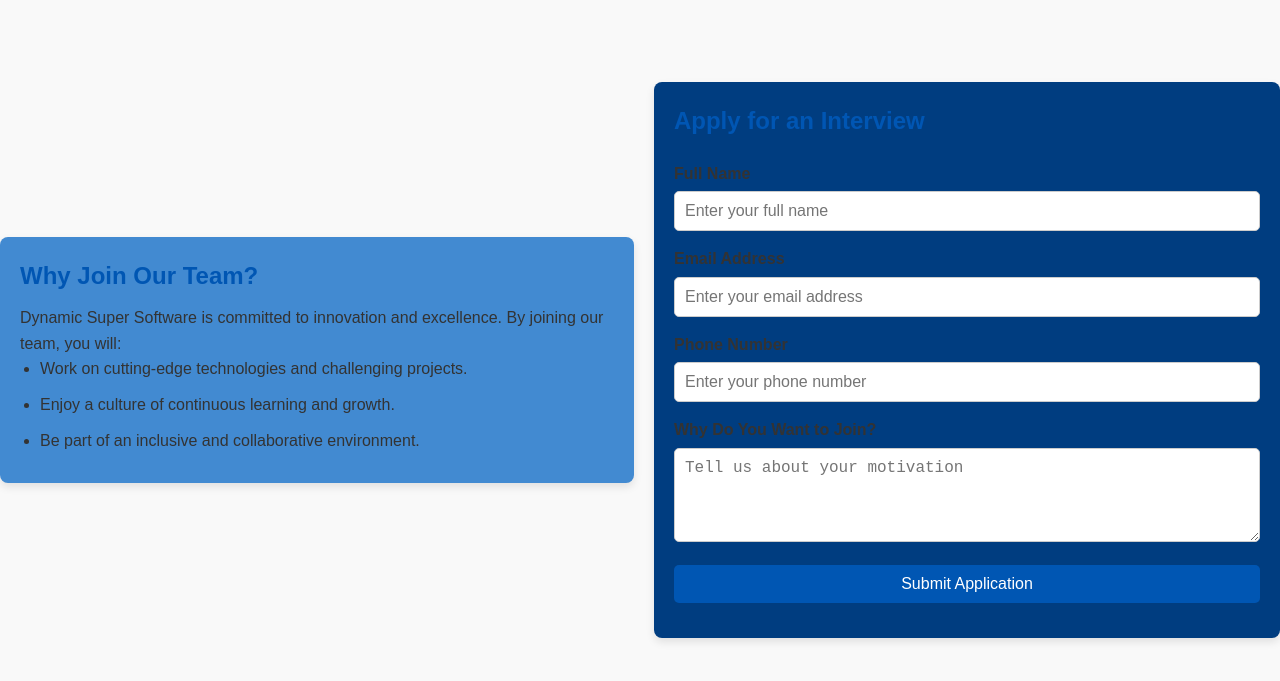
Repository: abhibkop27/CIMDR
Page: src/sample.html
The author's editor kept a copy of each file at every save. The page is drawn from the files as they stood at one save, then again after the next save.
The browser window is 1280 px wide. The pictures show the whole page.

Above is the page before, as saved 2025-01-20 16:00:20.

After the next save:
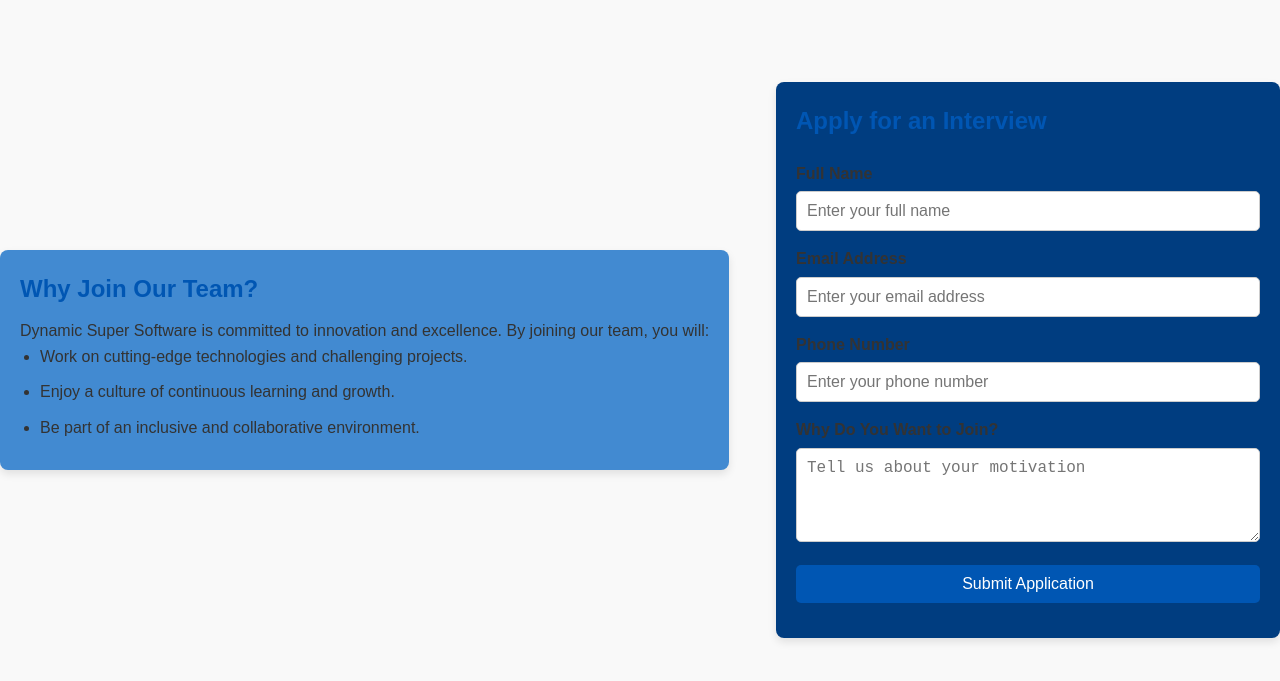
Saved 11 s later.
--- a/src/sample.html
+++ b/src/sample.html
@@ -51,7 +51,7 @@
 
     .form-section{
         background-color: #003d80;
-        width: 100vh;
+        width: 70vh;
     }
 
         .form-section h2 {
